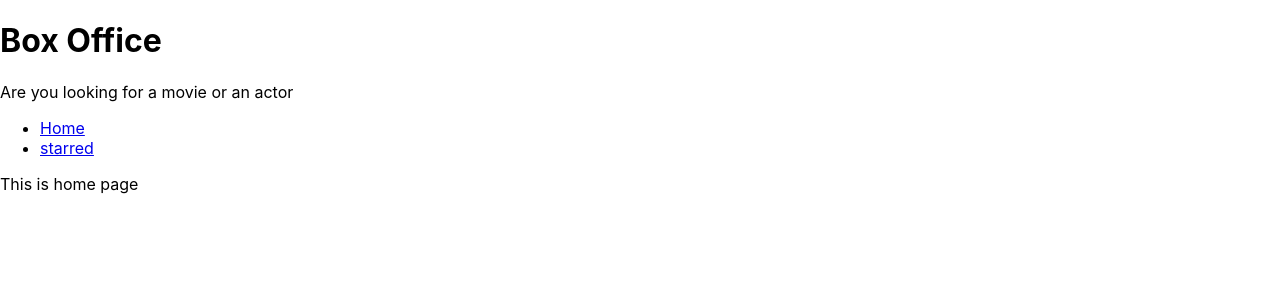
Repository: bharath2990/box-office
Page: /
An editor plug-in stored every save of this project. The page is shown before and after a run of saves, followed by the edit.
The browser window is 1280 px wide. The pictures show the whole page.
The project was rebuilt for these pictures with package versions that can differ from the ones it lists, and the page was loaded fresh each time. A package was used in the major version that the imports need, not the one package.json lists. Imported but missing from the stored project, and not drawn on this page: src/pages/Starred.

Above is the page before, as saved 2022-11-21 22:20:09.

### src/index.js
import React from 'react';
import ReactDOM from 'react-dom/client';
import { BrowserRouter } from 'react-router-dom';
import './index.css';
import App from './App';
import * as serviceWorkerRegistration from './serviceWorkerRegistration';
import reportWebVitals from './reportWebVitals';

const root = ReactDOM.createRoot(document.getElementById('root'));
root.render(
  <BrowserRouter>
    <App />
  </BrowserRouter>
);

// If you want your app to work offline and load faster, you can change
// unregister() to register() below. Note this comes with some pitfalls.
// Learn more about service workers: https://cra.link/PWA
serviceWorkerRegistration.unregister();

// If you want to start measuring performance in your app, pass a function
// to log results (for example: reportWebVitals(console.log))
// or send to an analytics endpoint. Learn more: https://bit.ly/CRA-vitals
reportWebVitals();

### src/App.js
import React from 'react';
import { Route, Switch } from 'react-router-dom';
// import Nav from './components/Nav';
import Home from './pages/Home';
import Starred from './pages/Starred';

function App() {
  return (
    <Switch>
      <Route exact path="/">
        <Home />
      </Route>

      <Route exact path="/starred">
        <Starred />
      </Route>

      <Route>
        <div>Not found</div>
      </Route>
    </Switch>
  );
}

export default App;

### src/serviceWorkerRegistration.js
/* eslint-disable */
// This optional code is used to register a service worker.
// register() is not called by default.

// This lets the app load faster on subsequent visits in production, and gives
// it offline capabilities. However, it also means that developers (and users)
// will only see deployed updates on subsequent visits to a page, after all the
// existing tabs open on the page have been closed, since previously cached
// resources are updated in the background.

// To learn more about the benefits of this model and instructions on how to
// opt-in, read https://cra.link/PWA

const isLocalhost = Boolean(
  window.location.hostname === 'localhost' ||
    // [::1] is the IPv6 localhost address.
    window.location.hostname === '[::1]' ||
    // 127.0.0.0/8 are considered localhost for IPv4.
    window.location.hostname.match(
      /^127(?:\.(?:25[0-5]|2[0-4][0-9]|[01]?[0-9][0-9]?)){3}$/
    )
);

export function register(config) {
  if (process.env.NODE_ENV === 'production' && 'serviceWorker' in navigator) {
    // The URL constructor is available in all browsers that support SW.
    const publicUrl = new URL(process.env.PUBLIC_URL, window.location.href);
    if (publicUrl.origin !== window.location.origin) {
      // Our service worker won't work if PUBLIC_URL is on a different origin
      // from what our page is served on. This might happen if a CDN is used to
      // serve assets; see https://github.com/facebook/create-react-app/issues/2374
      return;
    }

    window.addEventListener('load', () => {
      const swUrl = `${process.env.PUBLIC_URL}/service-worker.js`;

      if (isLocalhost) {
        // This is running on localhost. Let's check if a service worker still exists or not.
        checkValidServiceWorker(swUrl, config);

        // Add some additional logging to localhost, pointing developers to the
        // service worker/PWA documentation.
        navigator.serviceWorker.ready.then(() => {
          console.log(
            'This web app is being served cache-first by a service ' +
              'worker. To learn more, visit https://cra.link/PWA'
          );
        });
      } else {
        // Is not localhost. Just register service worker
        registerValidSW(swUrl, config);
      }
    });
  }
}

function registerValidSW(swUrl, config) {
  navigator.serviceWorker
    .register(swUrl)
    .then(registration => {
      registration.onupdatefound = () => {
        const installingWorker = registration.installing;
        if (installingWorker == null) {
          return;
        }
        installingWorker.onstatechange = () => {
          if (installingWorker.state === 'installed') {
            if (navigator.serviceWorker.controller) {
              // At this point, the updated precached content has been fetched,
              // but the previous service worker will still serve the older
              // content until all client tabs are closed.
              console.log(
                'New content is available and will be used when all ' +
                  'tabs for this page are closed. See https://cra.link/PWA.'
              );

              // Execute callback
              if (config && config.onUpdate) {
                config.onUpdate(registration);
              }
            } else {
              // At this point, everything has been precached.
              // It's the perfect time to display a
              // "Content is cached for offline use." message.
              console.log('Content is cached for offline use.');

              // Execute callback
              if (config && config.onSuccess) {
                config.onSuccess(registration);
              }
            }
          }
        };
      };
    })
    .catch(error => {
      console.error('Error during service worker registration:', error);
    });
}

function checkValidServiceWorker(swUrl, config) {
  // Check if the service worker can be found. If it can't reload the page.
  fetch(swUrl, {
    headers: { 'Service-Worker': 'script' },
  })
    .then(response => {
      // Ensure service worker exists, and that we really are getting a JS file.
      const contentType = response.headers.get('content-type');
      if (
        response.status === 404 ||
        (contentType != null && contentType.indexOf('javascript') === -1)
      ) {
        // No service worker found. Probably a different app. Reload the page.
        navigator.serviceWorker.ready.then(registration => {
          registration.unregister().then(() => {
            window.location.reload();
          });
        });
      } else {
        // Service worker found. Proceed as normal.
        registerValidSW(swUrl, config);
      }
    })
    .catch(() => {
      console.log(
        'No internet connection found. App is running in offline mode.'
      );
    });
}

export function unregister() {
  if ('serviceWorker' in navigator) {
    navigator.serviceWorker.ready
      .then(registration => {
        registration.unregister();
      })
      .catch(error => {
        console.error(error.message);
      });
  }
}

### src/pages/Home.jsx
import React from 'react';
import MainPageLayout from '../components/MainPageLayout';

const Home = () => {
  return <MainPageLayout>This is home page</MainPageLayout>;
};

export default Home;

### src/components/MainPageLayout.jsx
import React from 'react';
import Nav from './Nav';
import Title from './Title';

const MainPageLayout = ({ children }) => {
  return (
    <div>
      <Title
        title="Box Office"
        subtitle="Are you looking for a movie or an actor"
      />
      <Nav />
      {children}
    </div>
  );
};

export default MainPageLayout;

### src/components/Nav.jsx
import React from 'react';
import { Link } from 'react-router-dom';

const LINKS = [
  { to: '/', text: 'Home' },
  { to: '/starred', text: 'starred' },
];

const Nav = () => {
  return (
    <div>
      <ul>
        {LINKS.map(item => (
          <li>
            <Link to={item.to}>{item.text}</Link>
          </li>
        ))}
      </ul>
    </div>
  );
};

export default Nav;

Loaded but not shown: public/index.html (common file); src/index.css (common file); src/reportWebVitals.js (common file); src/components/Title.jsx (common file)

After the next 2 saves:
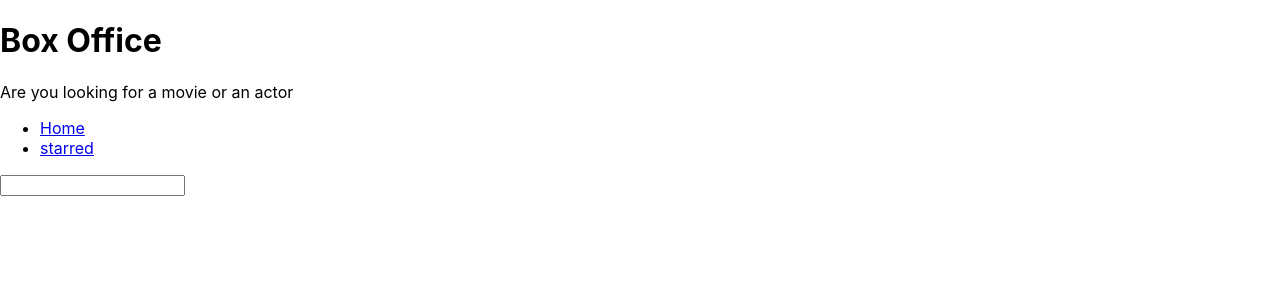
The 2 saves are shown as one change because 1 did not build or start.
The last was saved 12 h 58 min later.
--- a/src/pages/Home.jsx
+++ b/src/pages/Home.jsx
@@ -1,8 +1,18 @@
-import React from 'react';
+import React, { useState } from 'react';
 import MainPageLayout from '../components/MainPageLayout';
 
 const Home = () => {
-  return <MainPageLayout>This is home page</MainPageLayout>;
+  const [input, setInput] = useState('');
+  const onInputChange = ev => {
+    setInput(ev.target.value);
+  };
+
+  return (
+    <MainPageLayout>
+      {' '}
+      <input type="text" onChange={onInputChange} />{' '}
+    </MainPageLayout>
+  );
 };
 
 export default Home;
